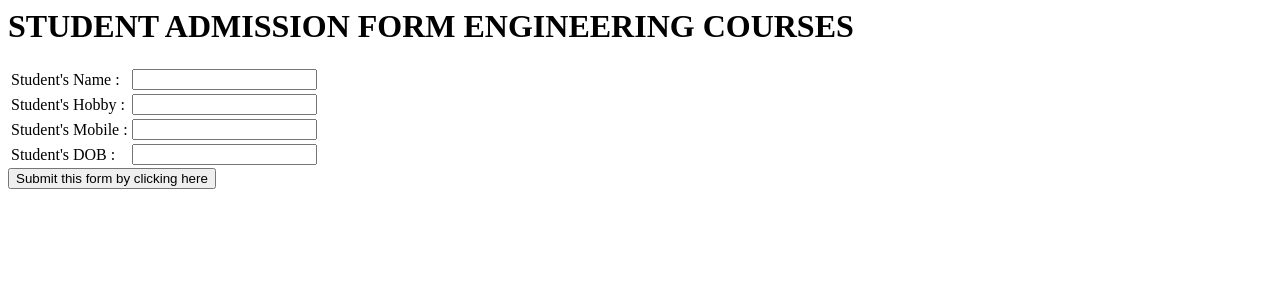
Repository: ahmedLajmi/TestApp
Page: http://localhost/FirstApp/admissionForm
An editor plug-in stored every save of this project. The page is shown before and after the next save, followed by the edit.
The browser window is 1280 px wide. The pictures show the whole page.
The page is served by Tomcat 9.

Above is the page before, as saved 2019-02-06 15:20:42.

After the next save:
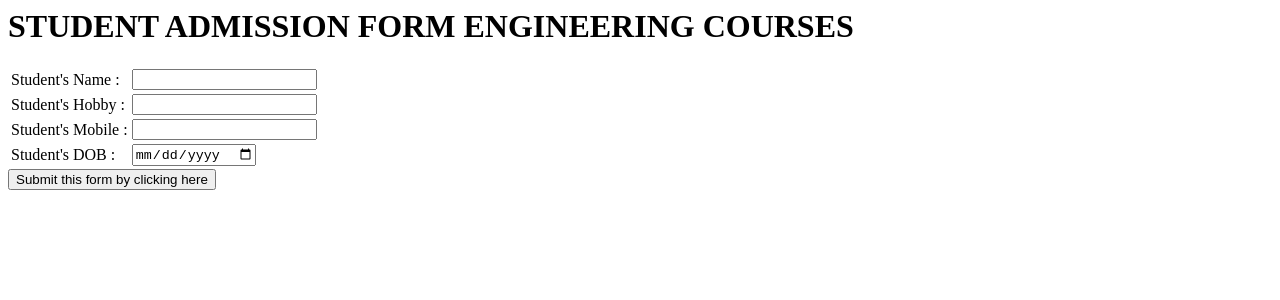
Saved 4 min 13 s later.
--- a/FirstApp/WebContent/WEB-INF/AdmissionForm.jsp
+++ b/FirstApp/WebContent/WEB-INF/AdmissionForm.jsp
@@ -18,7 +18,7 @@
 				</tr>
 				<tr>
 					<td>Student's DOB :</td>
-					<td><input type="text" name="studentDOB" ></td>
+					<td><input type="date" name="studentDOB" ></td>
 				</tr>
 
 			</table>

After the save that followed:
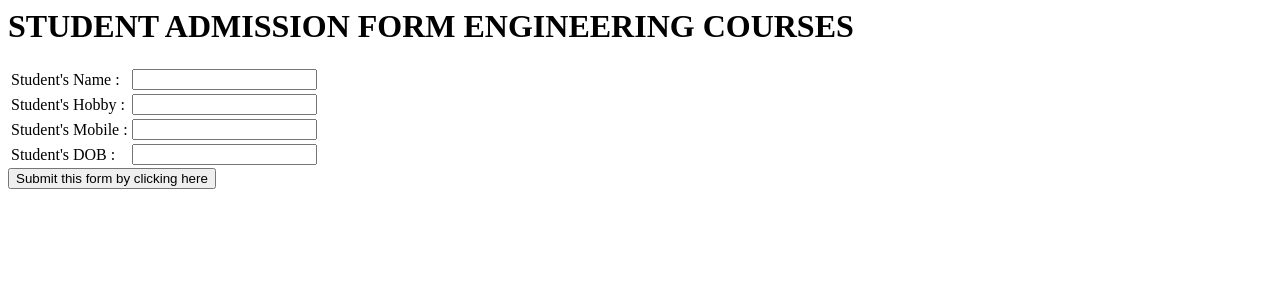
Saved 3 min 21 s later.
--- a/FirstApp/WebContent/WEB-INF/AdmissionForm.jsp
+++ b/FirstApp/WebContent/WEB-INF/AdmissionForm.jsp
@@ -18,7 +18,7 @@
 				</tr>
 				<tr>
 					<td>Student's DOB :</td>
-					<td><input type="date" name="studentDOB" ></td>
+					<td><input type="text" name="studentDOB" ></td>
 				</tr>
 
 			</table>
